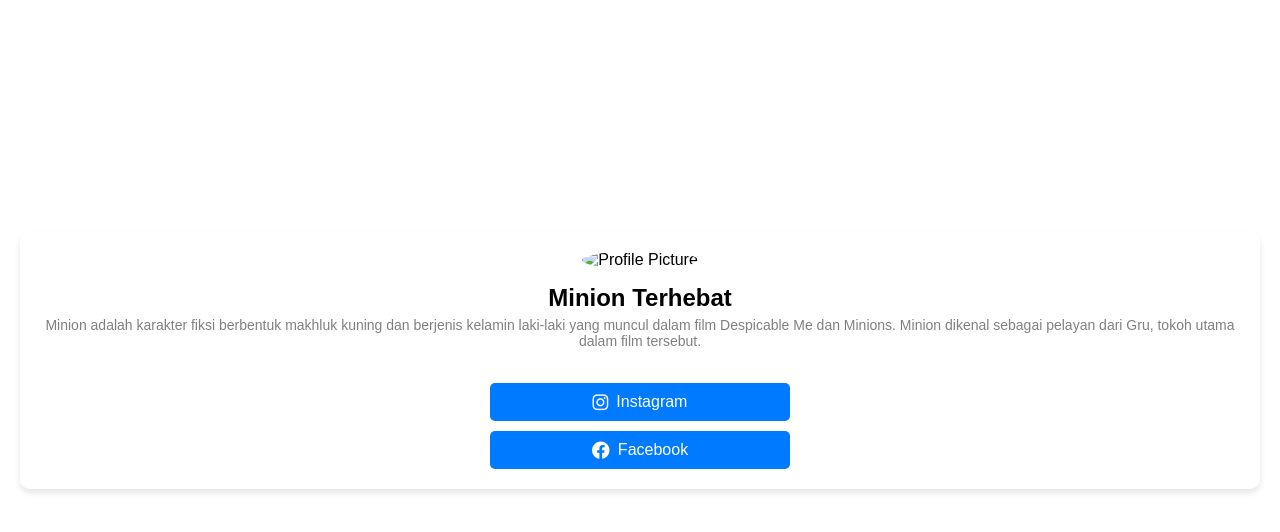
Repository: RalfyBawinto/web-linktree
Page: index.html
An editor plug-in stored every save of this project. The page is shown before and after the next save, followed by the edit.
The browser window is 1280 px wide. The pictures show the whole page.

Above is the page before, as saved 2025-02-20 15:09:05.
Not found: picture/anak-it.jpg
Not found: picture/minions-despicable-me-3-2017-movies-animated-movies-wallpaper-preview.jpg

After the next save:
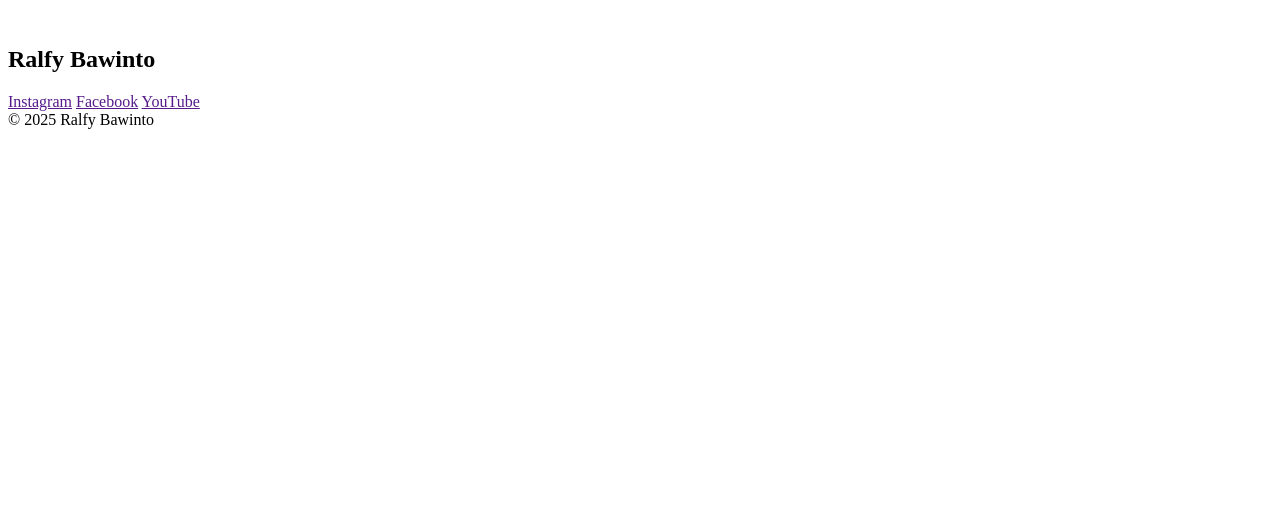
Saved 12 min 0 s later.
--- a/index.html
+++ b/index.html
@@ -1,124 +1,28 @@
 <!DOCTYPE html>
 <html lang="en">
-<head>
-  <meta charset="UTF-8">
-  <meta name="viewport" content="width=device-width, initial-scale=1.0">
-  <title>Linktree Tess</title>
-  <!-- Link Font Awesome -->
-  <link href="https://cdnjs.cloudflare.com/ajax/libs/font-awesome/6.0.0-beta3/css/all.min.css" rel="stylesheet">
-  <style>
-    body {
-      margin: 0;
-      padding: 20px;
-      font-family: Arial, sans-serif;
-      background: url('picture/anak-it.jpg') no-repeat center center fixed; /* URL gambar anak sedang coding */
-      background-size: cover; /* Memastikan gambar memenuhi seluruh layar */
-      display: flex;
-      justify-content: center;
-      align-items: center;
-      height: 100vh;
-      box-sizing: border-box; /* Pastikan padding dihitung dalam ukuran total */
-    }
+  <head>
+    <meta charset="UTF-8" />
+    <meta name="viewport" content="width=device-width, initial-scale=1.0" />
+    <title>Ralfy Linktree</title>
+    <!-- Import Google Fonts -->
+    <link
+      href="https://fonts.googleapis.com/css2?family=Montserrat:wght@700&family=Nunito:wght@400&family=Fredoka+One&display=swap"
+      rel="stylesheet"
+    />
 
-    .container {
-      display: flex;
-      flex-direction: column;
-      align-items: center;
-      background: rgba(255, 255, 255, 0.8); /* Warna putih transparan untuk latar container */
-      padding: 20px;
-      border-radius: 10px;
-      box-shadow: 0 4px 6px rgba(0, 0, 0, 0.1);
-    }
+    <link rel="stylesheet" href="style.css" />
+  </head>
 
-    .profile {
-      text-align: center;
-    }
-
-    .profile-picture {
-      width: 100px;
-      height: 100px;
-      border-radius: 50%;
-      object-fit: cover;
-      margin-bottom: 15px;
-    }
-
-    .profile-name {
-      font-size: 24px;
-      font-weight: bold;
-      margin: 0;
-    }
-
-    .profile-description {
-      font-size: 14px;
-      color: gray;
-      margin-top: 5px;
-    }
-
-    .links {
-      display: flex;
-      flex-direction: column;
-      gap: 10px;
-      width: 100%;
-      max-width: 300px;
-      margin-top: 20px;
-    }
-
-    .link-button {
-      display: flex;
-      align-items: center;
-      justify-content: center;
-      gap: 8px;
-      text-decoration: none;
-      background-color: #007bff;
-      color: white;
-      padding: 10px 15px;
-      border-radius: 5px;
-      font-size: 16px;
-      transition: background-color 0.3s ease;
-    }
-
-    .link-button:hover {
-      background-color: #0056b3;
-    }
-
-    .link-button i {
-      font-size: 18px;
-    }
-  </style>
-</head>
-<body>
-  <div class="container">
-    <div class="profile">
-      <img src="picture/minions-despicable-me-3-2017-movies-animated-movies-wallpaper-preview.jpg" alt="Profile Picture" class="profile-picture">
-      <h1 class="profile-name">Minion Terhebat</h1>
-      <p class="profile-description">Minion adalah karakter fiksi berbentuk makhluk kuning dan berjenis kelamin laki-laki yang muncul dalam film Despicable Me dan Minions.
-        Minion dikenal sebagai pelayan dari Gru, tokoh utama dalam film tersebut.</p>
-    </div>
-    <div class="links">
-      <a href="https://www.instagram.com/briggithbawinto_" target="_blank" class="link-button">
-        <i class="fab fa-instagram"></i> Instagram
-      </a>
-      <a href="https://www.facebook.com/bawinto.ralfy" target="_blank" class="link-button">
-        <i class="fab fa-facebook"></i> Facebook
-      </a>
-    </div>
-  </div>
-
-  <!-- Tambahkan kode JavaScript di bawah ini -->
-  <script>
-    // Contoh: Mengubah nama profil secara dinamis
-    document.addEventListener('DOMContentLoaded', () => {
-      const profileName = document.querySelector('.profile-name');
-      profileName.textContent = 'Minion Terhebat';
-    });
-
-    // Contoh: Menambahkan interaksi pada tombol
-    const links = document.querySelectorAll('.link-button');
-    links.forEach((link, index) => {
-      link.addEventListener('click', () => {
-        console.log(`Link ${index + 1} diklik!`);
-      });
-    });
-  </script>
-</body>
+  <body>
+    <section>
+      <main>
+        <img src="" alt="" />
+        <h2>Ralfy Bawinto</h2>
+        <a href=""> Instagram</a>
+        <a href=""> Facebook</a>
+        <a href=""> YouTube</a>
+      </main>
+      <footer class="footer">&copy; 2025 Ralfy Bawinto</footer>
+    </section>
+  </body>
 </html>
